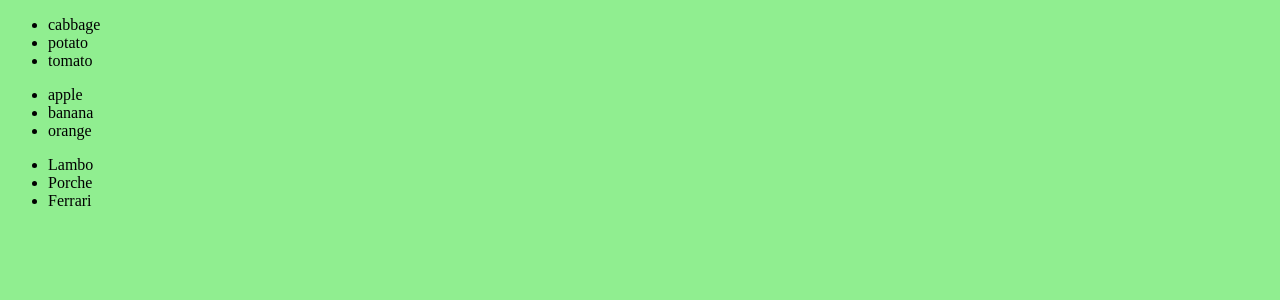
Repository: albinsabu2023/Stopwatch-program
Page: index.html
An editor plug-in stored every save of this project. The page is shown before and after the next save, followed by the edit.
The browser window is 1280 px wide. The pictures show the whole page.

Above is the page before, as saved 2023-03-03 14:57:56.

After the next save:
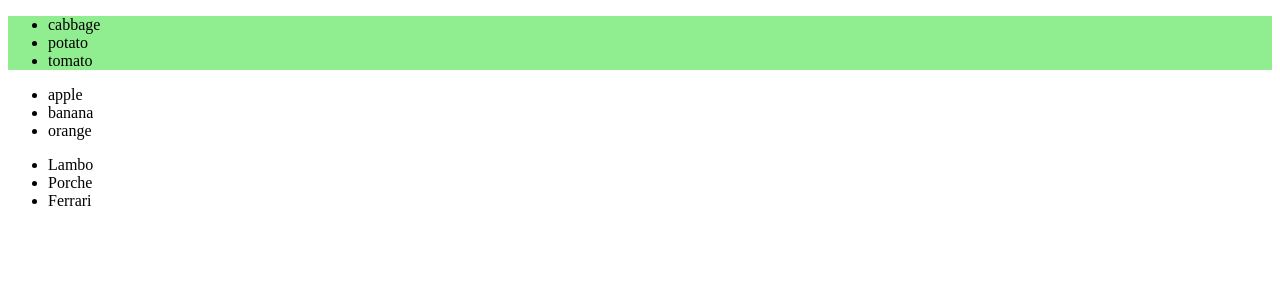
Saved 46 s later.
--- a/index.js
+++ b/index.js
@@ -1,4 +1,4 @@
 let e = document.body;
-e.style.backgroundColor = "lightgreen";
+
 let c = e.firstChild;
-c.style.backgroundColor = "lighblue";
+c.style.backgroundColor = "lightgreen";
